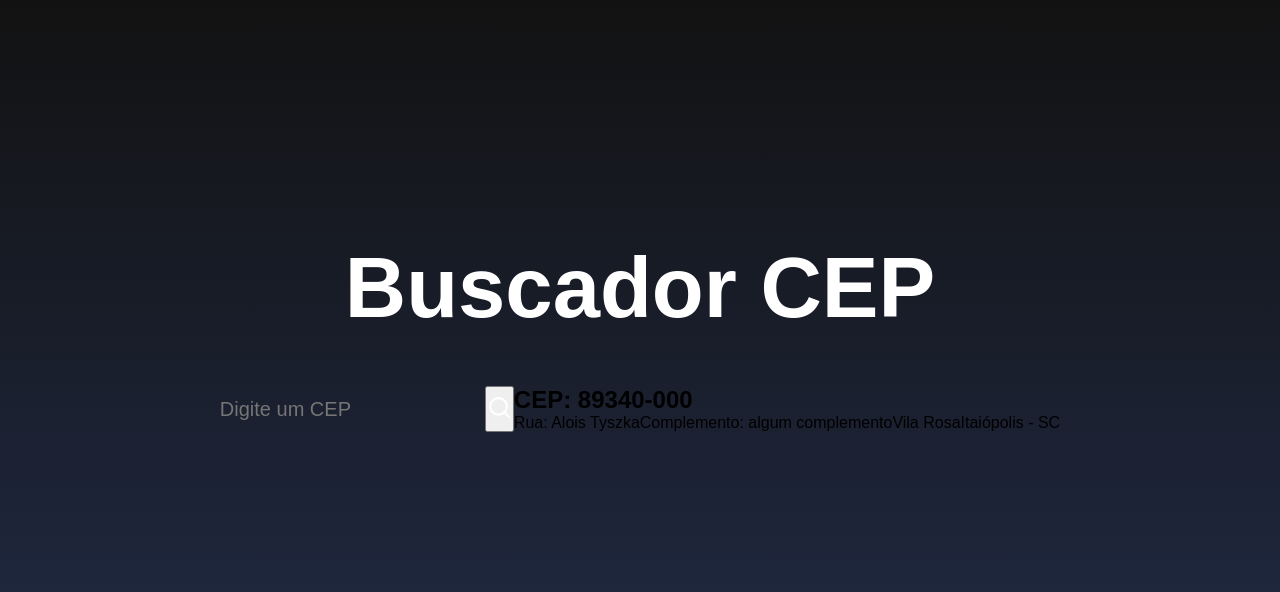
Repository: WelyntonRenan/buscador-cep
Page: / (app in buscador/)
These files come from the project's save history. The page is drawn as it stood at one moment and after the next save; the edit follows.
The browser window is 1280 px wide. The pictures show the whole page.
The project was rebuilt for these pictures with package versions that can differ from the ones it lists, and the page was loaded fresh each time.

Above is the page before, as saved 2022-11-13 23:45:37.

### buscador/public/index.html
<!DOCTYPE html>
<html lang="en">

<head>
  <meta charset="utf-8" />
  <link rel="icon" href="%PUBLIC_URL%/favicon.ico" />
  <meta name="viewport" content="width=device-width, initial-scale=1" />
  <meta name="theme-color" content="#000000" />
  <meta name="description" content="Web site created using create-react-app" />
  <link rel="apple-touch-icon" href="%PUBLIC_URL%/logo192.png" />
  <!--
      manifest.json provides metadata used when your web app is installed on a
      user's mobile device or desktop. See https://developers.google.com/web/fundamentals/web-app-manifest/
    -->
  <link rel="manifest" href="%PUBLIC_URL%/manifest.json" />
  <!--
      Notice the use of %PUBLIC_URL% in the tags above.
      It will be replaced with the URL of the `public` folder during the build.
      Only files inside the `public` folder can be referenced from the HTML.

      Unlike "/favicon.ico" or "favicon.ico", "%PUBLIC_URL%/favicon.ico" will
      work correctly both with client-side routing and a non-root public URL.
      Learn how to configure a non-root public URL by running `npm run build`.
    -->
  <title>Buscador</title>
</head>

<body>
  <noscript>You need to enable JavaScript to run this app.</noscript>
  <div id="root"></div>
  <!--
      This HTML file is a template.
      If you open it directly in the browser, you will see an empty page.

      You can add webfonts, meta tags, or analytics to this file.
      The build step will place the bundled scripts into the <body> tag.

      To begin the development, run `npm start` or `yarn start`.
      To create a production bundle, use `npm run build` or `yarn build`.
    -->
</body>

</html>

### buscador/src/App.js
import React from 'react';
import { FiSearch } from 'react-icons/fi';
import './styles.css';

function App() {
  return (
    <div className="container">
      <h1 className="title">Buscador CEP</h1>

      <div className="containerInput">
        <input
          type="text"
          placeholder="Digite um CEP"
        />

        <button className="buttonSearch">
          <FiSearch size={25} color="#FFF" />
        </button>

        <main className='main'>
          <h2>CEP: 89340-000</h2>

          <span>Rua: Alois Tyszka</span>
          <span>Complemento: algum complemento</span>
          <span>Vila Rosa</span>
          <span>Itaiópolis - SC</span>

        </main>

      </div>

    </div>
  );
}

export default App;

### buscador/src/styles.css
.container {
  height: 100vh;
  display: flex;
  justify-content: center;
  align-items: center;
  flex-direction: column;
  background: linear-gradient(#121212, #212B46);
}

.title {
  font-size: 85px;
  color: #FFF;
  animation: flipTitle 2s;
}

@keyframes flipTitle {
  from {
    transform: rotateX(90deg);
  }

  to {
    transform: rotateX(0deg);
  }
}

.containerInput {
  background-color: rgba(255, 255, 255, 255, 0.2);
  padding: 15px;
  margin: 34px 0;
  display: flex;
  border-radius: 8px;
  box-shadow: 1px, 3px, 8px rgba(0, 0, 0, 0.5);
}

.containerInput input {
  background-color: transparent;
  border: 0;
  font-size: 20px;
  color: #FFF;
}

Loaded but not shown: buscador/src/index.js (common file); buscador/src/index.css (common file)

After the next save:
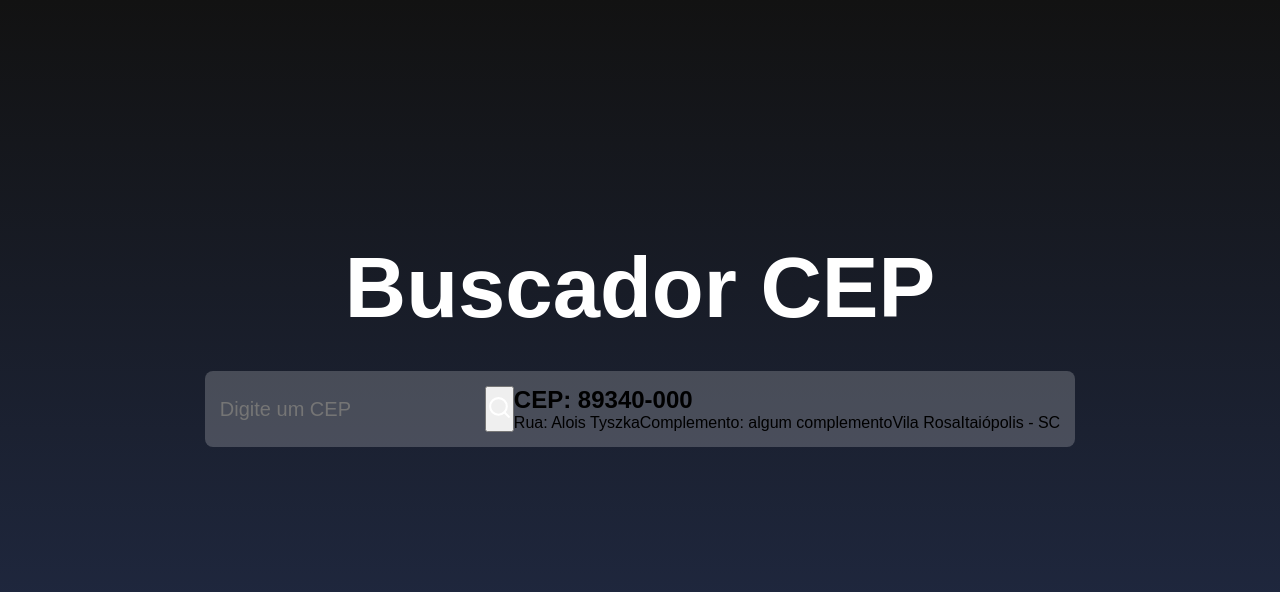
Saved 50 s later.
--- a/buscador/src/styles.css
+++ b/buscador/src/styles.css
@@ -24,7 +24,7 @@
 }
 
 .containerInput {
-  background-color: rgba(255, 255, 255, 255, 0.2);
+  background-color: rgba(255, 255, 255, 0.2);
   padding: 15px;
   margin: 34px 0;
   display: flex;
